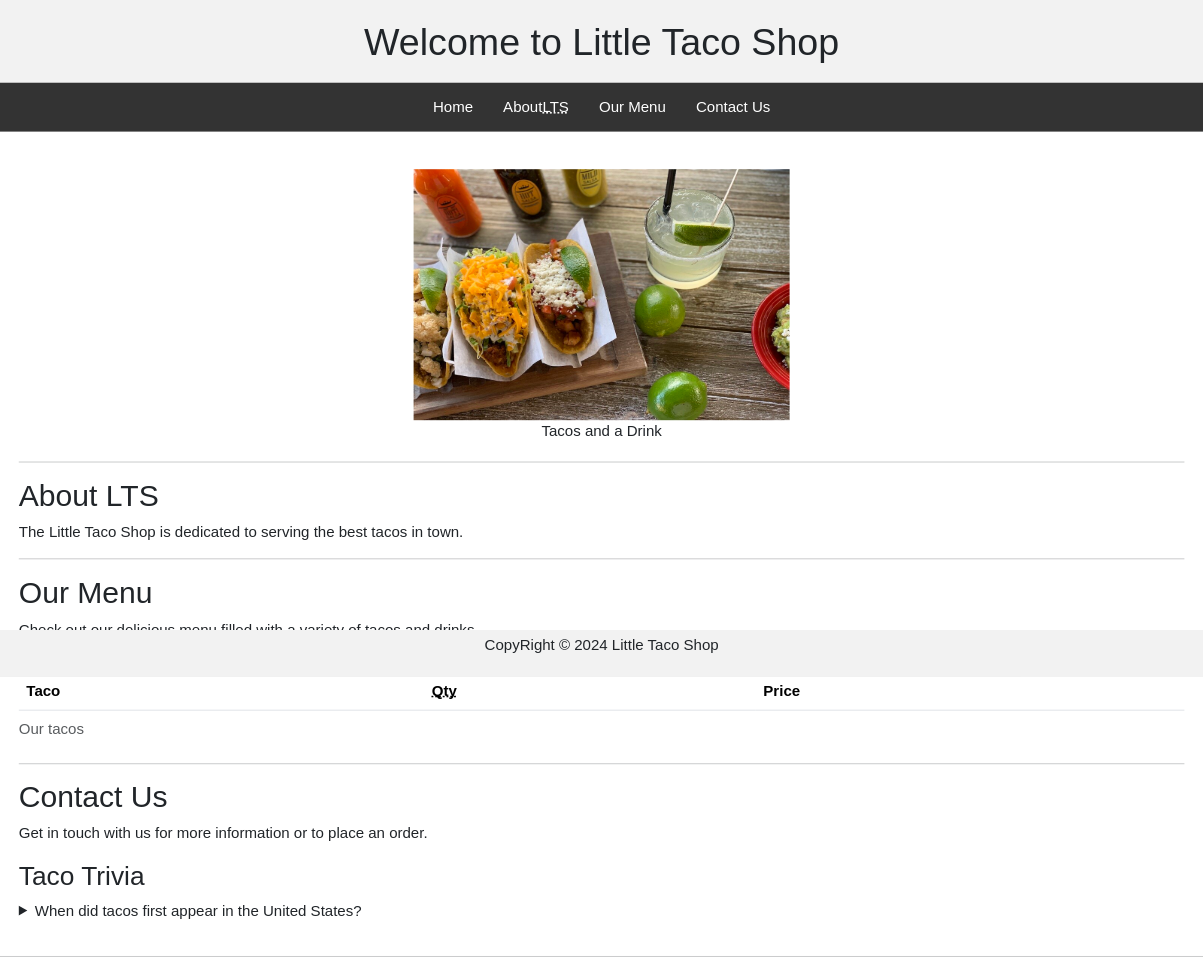
Repository: cavidk/taco_shop-web
Page: html basics/index.html
These files come from the project's save history. The page is drawn as it stood at one moment and after the next save; the edit follows.
The browser window is 1280 px wide. The pictures show the whole page, at 94% of full size.

Above is the page before, as saved 2024-06-11 10:43:26.

After the next save:
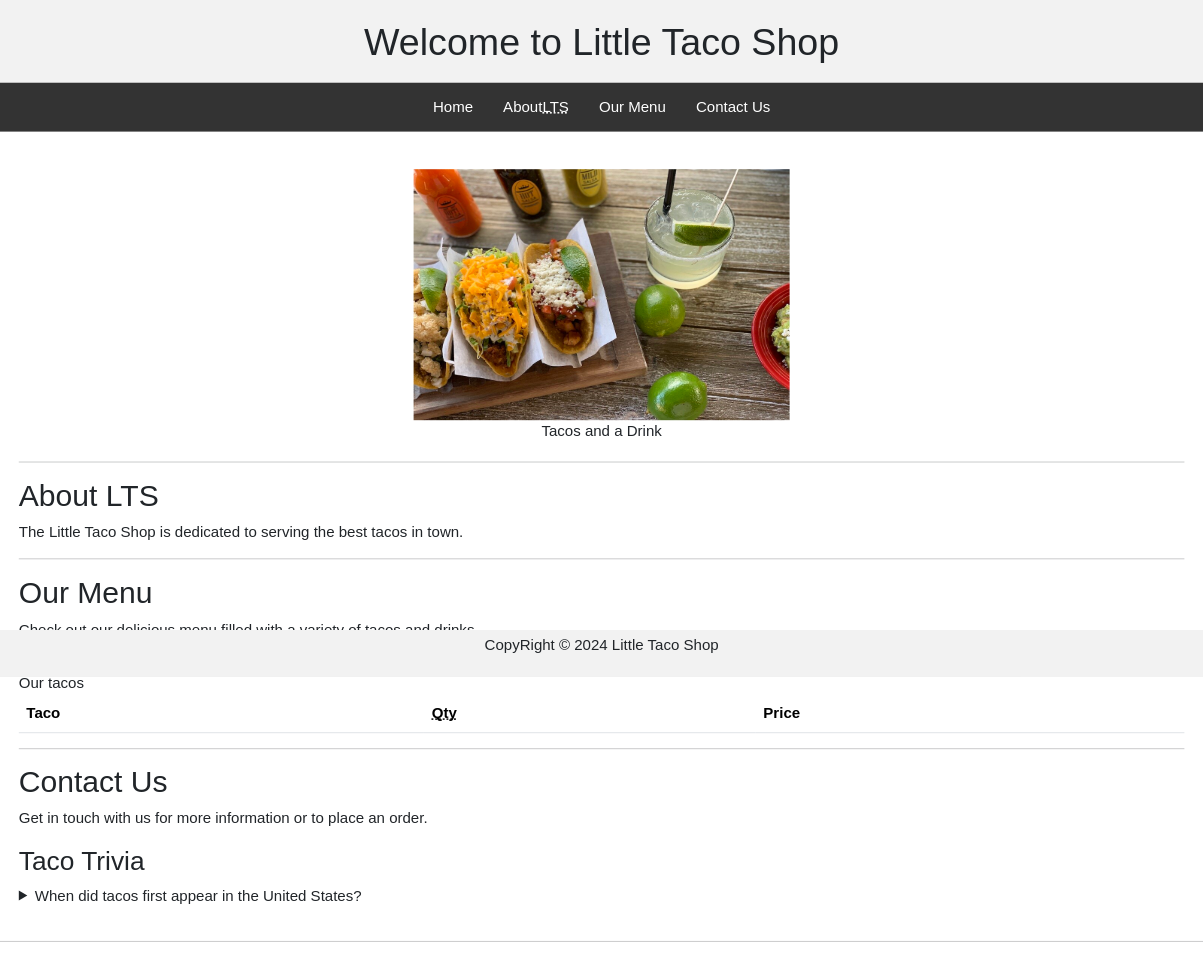
Saved 21 s later.
--- a/html basics/index.html
+++ b/html basics/index.html
@@ -51,8 +51,9 @@
 
             <hr>
             <article id="menu">
+               <caption>Our tacos</caption>
                <table class="table table-hover">
-                  <caption>Our tacos</caption>
+
                   <thead>
                      <tr>
                         <th>Taco</th>
